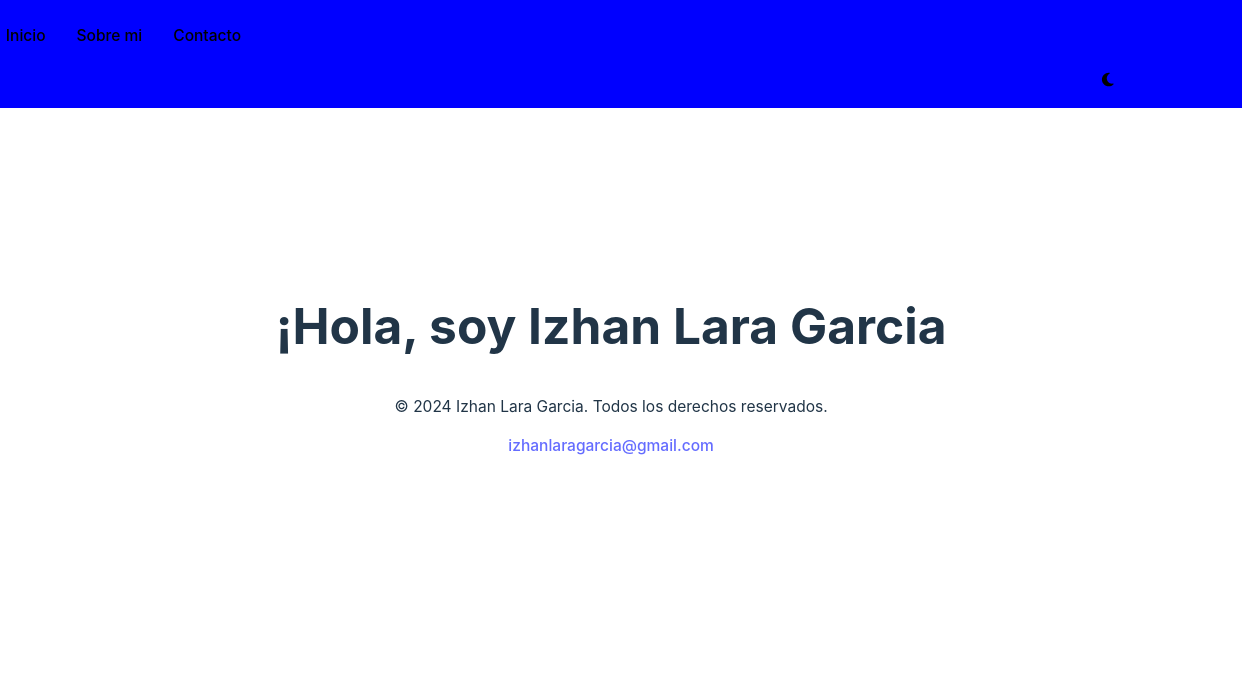
Repository: izhanlaraagarcia/izhanlaraagarcia.github.io
Page: / (app in vite-project/)
These files come from the project's save history. The page is drawn as it stood at one moment and after a run of saves; the edit follows.
The browser window is 1280 px wide. The pictures show the whole page, at 97% of full size.
The project was rebuilt for these pictures with package versions that can differ from the ones it lists, and the page was loaded fresh each time. Also part of the build but not shown: vite-project/vite.config.js, vite-project/src/Home/Styles/estilos.css, vite-project/src/Componentes-Generales/styles/banner.css, vite-project/src/pages/About/about.jsx, vite-project/src/pages/Contact/contact.jsx.

Above is the page before, as saved 2024-07-10 14:04:22.

### vite-project/index.html
<!doctype html>
<html lang="en">
  <head>
    <meta charset="UTF-8" />
    <meta name="viewport" content="width=device-width, initial-scale=1.0" />
    <title>Izhan Lara Garcia</title>
  </head>
  <body>
    <div id="root"></div>
    <script type="module" src="/src/main.jsx"></script>
  </body>
</html>

### vite-project/src/App.jsx
import React from 'react';
import { BrowserRouter as Router, Route, Routes } from 'react-router-dom';
import Menu from './Componentes-Generales/menu.jsx';
import Inicio from './Home/Inicio.jsx';
import About from './pages/About/about.jsx';
import Contact from './pages/Contact/contact.jsx';

class App extends React.Component {
  render() {
    return (
      <Router>
        <Menu />
        <Routes>
          <Route path="/" element={<Inicio />} />
          <Route path="/sobre-mi" element={<About />} />
          <Route path="/contacto" element={<Contact />} />
        </Routes>
      </Router>
    );
  }
}

export default App;

### vite-project/src/index.css
:root {
  font-family: Inter, system-ui, Avenir, Helvetica, Arial, sans-serif;
  line-height: 1.5;
  font-weight: 400;

  color-scheme: light dark;
  color: rgba(255, 255, 255, 0.87);
  background-color: #242424;

  font-synthesis: none;
  text-rendering: optimizeLegibility;
  -webkit-font-smoothing: antialiased;
  -moz-osx-font-smoothing: grayscale;
}

a {
  font-weight: 500;
  color: #646cff;
  text-decoration: inherit;
}
a:hover {
  color: #535bf2;
}

body {
      right: 0;
    margin: 0%;
    padding: 10px;
    position: fixed;
    width: 100%;
  margin-top: 20%;
  text-align: center;
  min-width: 320px;
  min-height: 100vh;
}

h1 {
  font-size: 3.2em;
  line-height: 1.1;
}

button {
  border-radius: 8px;
  border: 1px solid transparent;
  padding: 0.6em 1.2em;
  font-size: 1em;
  font-weight: 500;
  font-family: inherit;
  background-color: #1a1a1a;
  cursor: pointer;
  transition: border-color 0.25s;
}
button:hover {
  border-color: #646cff;
}
button:focus,
button:focus-visible {
  outline: 4px auto -webkit-focus-ring-color;
}

@media (prefers-color-scheme: light) {
  :root {
    color: #213547;
    background-color: #ffffff;
  }
  a:hover {
    color: #747bff;
  }
  button {
    background-color: #f9f9f9;
  }
}

### vite-project/src/Componentes-Generales/menu.jsx
import React from "react";
import { Link } from "react-router-dom";
import "./styles/menu.css";

import TemaComponent from "./thema";

class Menu extends React.Component {
  render() {
    return (
      <header>
        <nav>
          <ul>
            <li>
              <Link to="/">Inicio</Link>
            </li>
            <li>
              <Link to="/sobre-mi">Sobre mi</Link>
            </li>
            <li>
              <Link to="/contacto">Contacto</Link>
            </li>
            <li>
              <TemaComponent/>
            </li>
          </ul>
        </nav>
      </header>
    );
  }
}

export default Menu;

### vite-project/src/Home/Inicio.jsx
import React from "react";
import "./Styles/estilos.css";

import Banner from '../Componentes-Generales/banner'
import Footer from '../Componentes-Generales/footer'


class Inicio extends React.Component {
  render() {
    return (
      // Pequeña presentacion para el inicio
      <>
        <Banner /><Footer /></>
    );
  }
}

export default Inicio;

### vite-project/src/Componentes-Generales/styles/menu.css
nav {
    top: 0;
    right: 0;
    margin: 0%;
    padding: 10px;
    position: fixed;
    width: 100%;

    background-color: blue;
}

nav ul {
    list-style-type: none;
    padding: 0;
    margin: 0;
}

nav a {
    float: left;
    display: block;
    color: black;
    text-align: center;
    padding: 14px 16px;
}

nav ul li a:hover {
    background-color: aliceblue;
}

.blackbutton {
    background: unset;
    border: none;
    cursor: pointer;
}

### vite-project/src/Componentes-Generales/thema.jsx
import React, { useState } from 'react';
import { FontAwesomeIcon } from '@fortawesome/react-fontawesome';
import { faSun, faMoon } from '@fortawesome/free-solid-svg-icons';

const TemaComponent = () => {
  const [dark, setDark] = useState(false);

  const handleClick = () => {
    if (dark) {
      document.body.style.backgroundColor = "white";
      setDark(false);
    } else {
      document.body.style.backgroundColor = "darkgrey";
      setDark(true);
    }
  };

  return (
    <button
      id="tema"
      style={{ cursor: 'pointer', background: 'none', border: 'none', outline: 'none' , marginLeft: '80%'}}
      onClick={handleClick}
      aria-label={dark ? 'Cambiar al modo claro' : 'Cambiar al modo oscuro'}
    >
      <FontAwesomeIcon icon={dark ? faSun : faMoon} style={{ color: dark ? 'black' : 'inherit' }} />
    </button>
  );
};

export default TemaComponent;

### vite-project/src/Componentes-Generales/banner.jsx
import React from "react";
import "./styles/banner.css";

class Banner extends React.Component {
  render() {
    return (
      <div>
        <section id="welcome">
          <h1>¡Hola, soy Izhan Lara Garcia</h1>
        </section>
      </div>
    );
  }
}

export default Banner;

### vite-project/src/Componentes-Generales/footer.jsx
import React from "react";
import './styles/footer.css'


class Footer extends React.Component{
    render(){
        return (
            <footer id="footer">
            <p>© 2024 Izhan Lara Garcia. Todos los derechos reservados.</p>
            <a href="mailto:izhanlaragarcia@gmail.com">izhanlaragarcia@gmail.com</a>
          </footer>
        )
    }
}

export default Footer;

### vite-project/src/Componentes-Generales/styles/footer.css
footer{
    position: relative;
    text-decoration: none;
}

footer a:hover{
    text-decoration: underline;
}

Loaded but not shown: vite-project/src/main.jsx (common file)

After the next 2 saves:
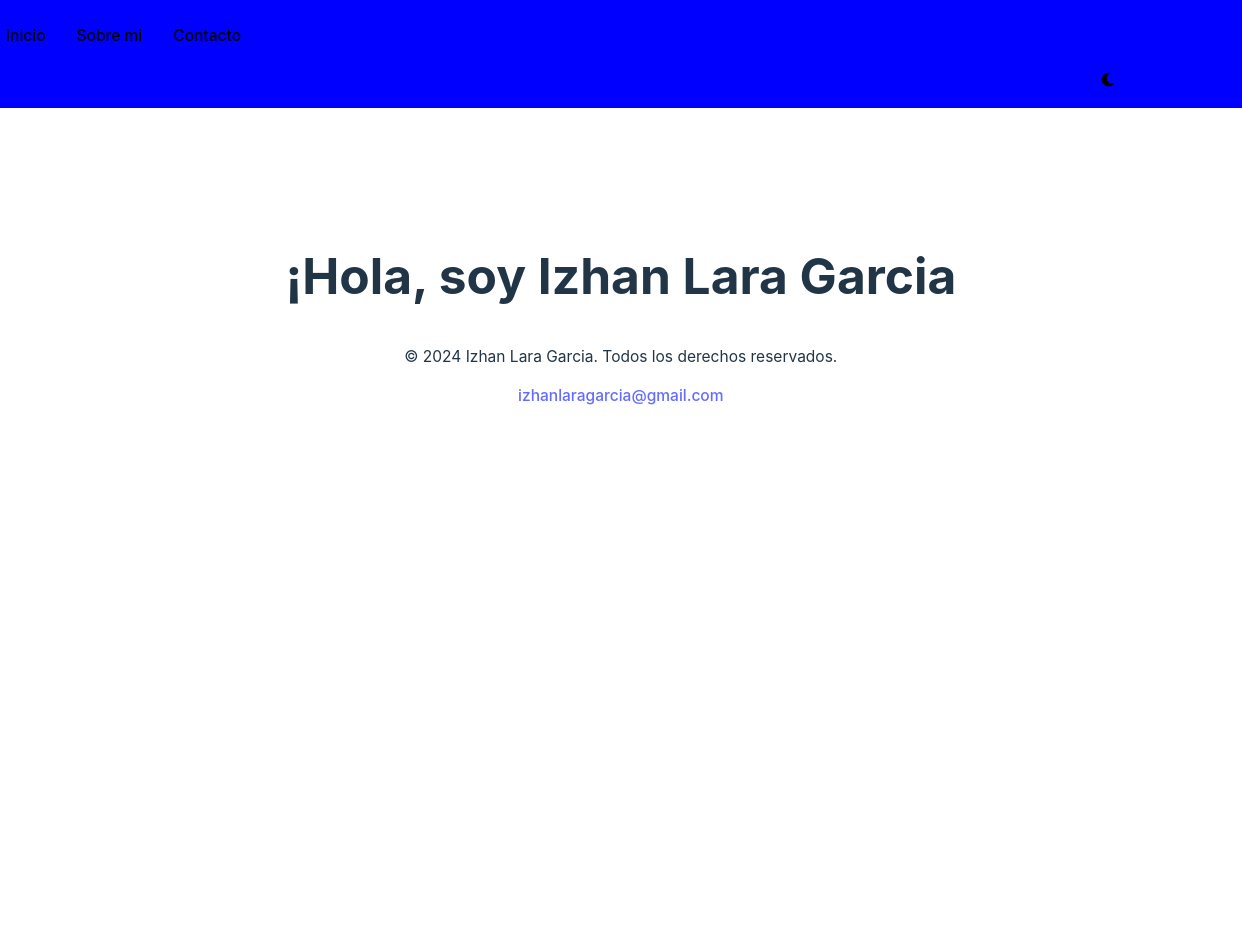
The 2 saves are shown as one change because they came seconds apart.
The last was saved 10 s later.
--- a/vite-project/src/index.css
+++ b/vite-project/src/index.css
@@ -25,8 +25,7 @@ a:hover {
 body {
       right: 0;
     margin: 0%;
-    padding: 10px;
-    position: fixed;
+
     width: 100%;
   margin-top: 20%;
   text-align: center;
